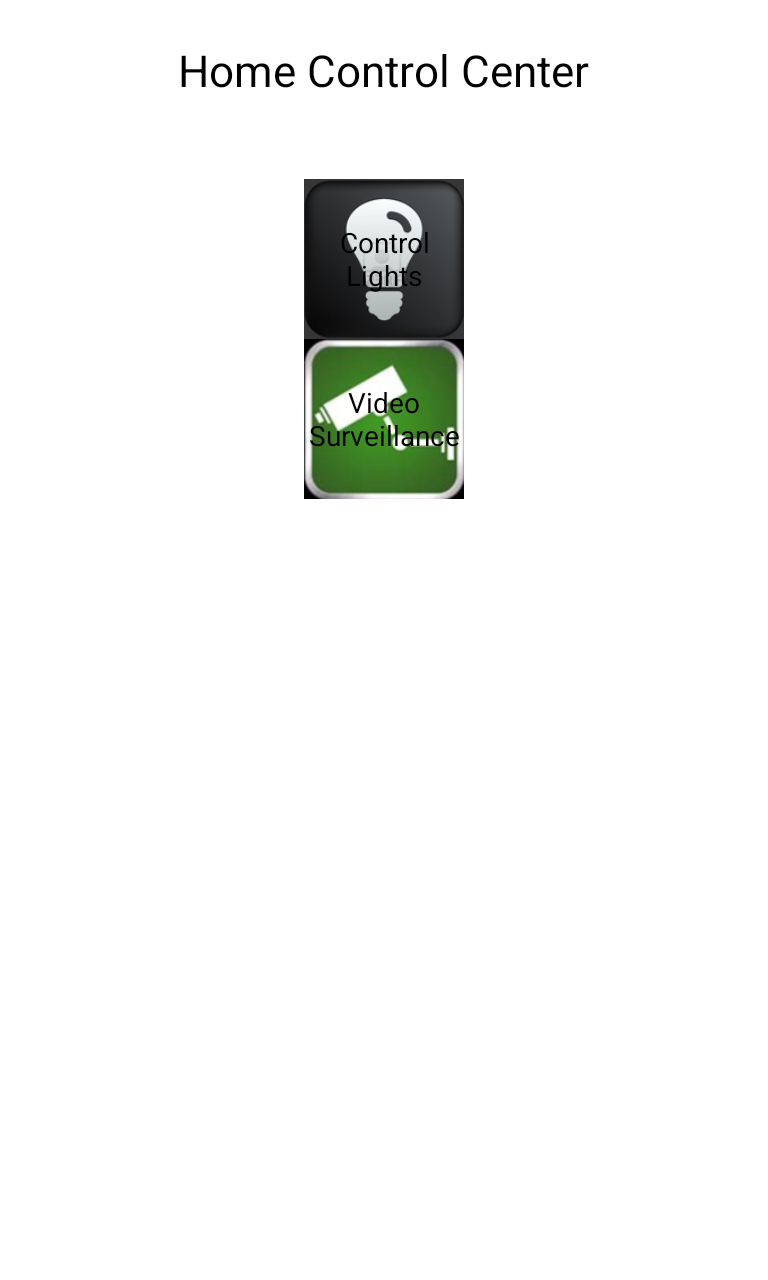
Repository: Teketel/hujeManiita
Layout: workspace/android/Besso/res/layout/center_activity.xml
An editor plug-in stored every save of this project. The layout is shown before and after the next save, followed by the edit.
It is drawn on a 768 x 1280 px phone screen (xhdpi) without system bars, with theme AppTheme; the app's code is not run.

Above is the layout before, as saved 2013-04-06 13:38:07.

### workspace/android/Besso/res/layout/center_activity.xml
<?xml version="1.0" encoding="utf-8"?>
<LinearLayout xmlns:android="http://schemas.android.com/apk/res/android"
    android:layout_width="match_parent"
    android:layout_height="match_parent"
    android:orientation="vertical"
    android:padding="20dp" >


    <TextView
        android:id="@+id/textView1"
        android:layout_width="wrap_content"
        android:layout_height="wrap_content"
        android:text="Home Control Center"
        android:textAppearance="?android:attr/textAppearanceMedium"
        android:layout_gravity="center_horizontal"
        android:textSize="22dp" />

    <Button
        android:id="@+id/Lights"
        android:layout_width="80dp"
        android:layout_height="80dp"
        android:background="@drawable/light"
        android:text="Control Lights"
        android:layout_gravity="center_horizontal"
        android:layout_marginTop="40dp" />

        <!--android:background="@color/txtClr" -->

    <Button
        android:id="@+id/Door"
        android:layout_width="80dp"
        android:layout_height="8pdp"
        android:background="@drawable/door"
        android:text="Control Door"
        android:layout_gravity="center_horizontal" />

        <!--android:background="@color/txtClr" -->

    <Button
        android:id="@+id/Camera"
        android:layout_width="80dp"
        android:layout_height="80dp"
        android:background="@drawable/video"
        android:text="Video Surveillance"
        android:layout_gravity="center_horizontal" />

        <!--android:background="@color/txtClr" -->
</LinearLayout>

### workspace/android/Besso/res/values/colors.xml
<?xml version="1.0" encoding="utf-8"?>
<resources>
    <color name="txtClr">#FFFFFF</color>
    <color name="mygray">#FFFFFF</color>

</resources>

Loaded but not shown: workspace/android/Besso/res/values/styles.xml (common file)

After the next save:
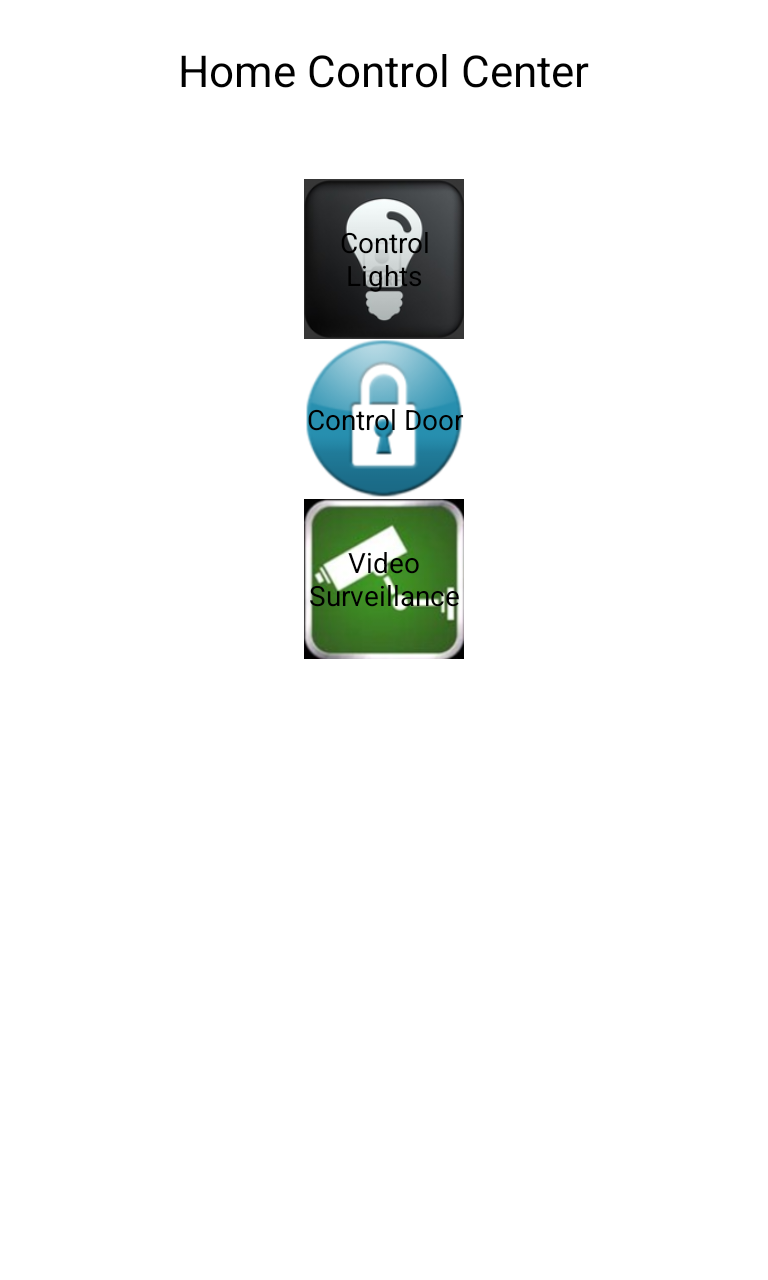
Saved 9 s later.
--- a/workspace/android/Besso/res/layout/center_activity.xml
+++ b/workspace/android/Besso/res/layout/center_activity.xml
@@ -29,7 +29,7 @@
     <Button
         android:id="@+id/Door"
         android:layout_width="80dp"
-        android:layout_height="8pdp"
+        android:layout_height="80dp"
         android:background="@drawable/door"
         android:text="Control Door"
         android:layout_gravity="center_horizontal" />
